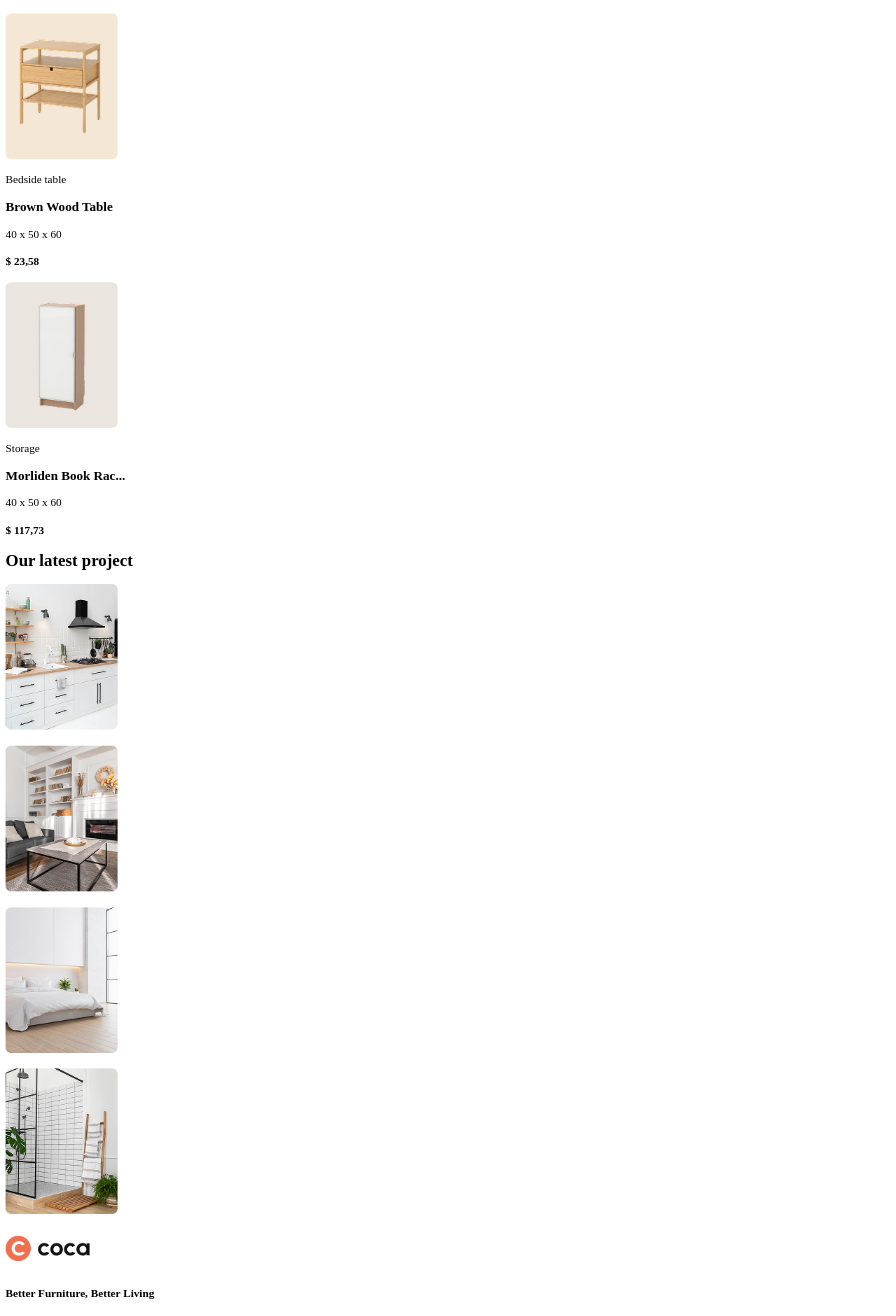
Repository: MatheusEich15/FrontEnd
Page: Prova 1 FrontEnd/Prova 1 FrontEnd/index.html
An editor plug-in stored every save of this project. The page is shown before and after the next save, followed by the edit.
The browser window is 1280 px wide. The pictures show the part of the page from y = 2745 to 4665 px (the page is 4625 px tall before and 4665 px after), at 70% of full size.

Above is the page before, as saved 2026-03-12 10:14:23.

### Prova 1 FrontEnd/Prova 1 FrontEnd/index.html
<!DOCTYPE html>

<html lang="en">

<head>
    <meta charset="UTF-8">
    <meta name="viewport" content="width=device-width, initial-scale=1.0">
    <title>Coca</title>
    <link rel="stylesheet" href="style.css">
    <!--  -->
</head>

<body>

    <header>

        <div id="links-header"> <!-- div para links do lado esquerdo -->
            <div id="logo-header"><img src="./assets/images/Logo images/Logo.png" alt="Logo"></div>
            <nav>
                <ul>
                    <li><a href="#"><span>About</span></a></li>
                    <li><a href="#">Blog</a></li>
                    <li><a href="#">Contact</a></li>
                </ul>
            </nav>
        </div>
        <div id="btn-header"> <!-- div para links do lado direito -->
            <a id="sign-in-btn" href="#">Sign In</a>
            <button><img src="./assets/icons/Menu.png" alt="Menu"></button>
        </div>

    </header>

    <main>

        <section id="introduction"> <!-- Introdução ao site -->
            <div id="introduction-content">
                <h3>Explore any kind of furnitures</h3>
                <h1>Better Furniture <br>
                    Better Living</h1>
                <div id="introduction-btn">
                    <a href="#">Check our projects</a>
                    <div id="right-arrow"><img src="./assets/icons/Short Right Arrow.png" alt="Seta"></div>
                </div>
            </div>
        </section>

        <section id="about"> <!-- Sobre o site -->
            <div class="title">
                <h2>What we provide</h2>
            </div>
            <div id="about-items"> <!-- Informações básicas -->
                <div class="about-item">
                    <img src="./assets/icons/Home.png" alt="Ícone de Home">
                    <h3>10 years of experience <br>
                        in furniture business</h3>
                    <p>We’re already established since 2012, and <br>
                        in 10 years we have lots of positive <br>
                        reviews and achievements</p>
                    <div>
                        <a href="#">See more</a>
                        <img src="./assets/icons/Normal Right Arrow.png" alt="Seta">
                    </div>
                </div>
                <div class="about-item">
                    <img src="./assets/icons/Credit Card.png" alt="Ícone de Cartão de Crédito">
                    <h3>Afforable price with <br>
                        world class quality</h3>
                    <p>Our craftsmen have lots of experience <br>
                        dealing with crafting furnitures and some <br>
                        of them have world class quality</p>
                    <div>
                        <a href="#">See more</a>
                        <img src="./assets/icons/Normal Right Arrow.png" alt="Seta">
                    </div>
                </div>
                <div class="about-item">
                    <img src="./assets/icons/Thumbs Up.png" alt="Ícone de Polegares Para Cima">
                    <h3>Bring your ideas into <br>
                        a living product</h3>
                    <p>Besides you can buy the existing product, <br>
                        you can also consultate with us also to <br>
                        make your dream furniture</p>
                    <div>
                        <a href="#">See more</a>
                        <img src="./assets/icons/Normal Right Arrow.png" alt="Seta">
                    </div>
                </div>
            </div>
        </section>

        <section id="products"> <!-- Produtos disponíveis -->
            <div class="title">
                <h2>Best seller products</h2>
                <div id="title-btn">
                    <img src="./assets/icons/Normal Left Arrow Sells.png" alt="Seta">
                    <img src="./assets/icons/Normal Right Arrow Sells.png" alt="Seta">
                </div>
            </div>
            <div id="products-items">
                <div class="product-item">
                    <img src="./assets/images/Products images/Cream Office Chair.png" alt="Cadeira de Escritório Cor Creme">
                    <p>Office chair</p>
                    <h3>Cream Office Chair</h3>
                    <p>40 x 50 x 60</p>
                    <h4>$ 50,00</h4>
                </div>
                <div class="product-item">
                    <img src="./assets/images/Products images/Celestra Grey Cabi.png" alt="Armário Pequeno Cor Cinza e Branco">
                    <p>Storage</p>
                    <h3>Celestra Grey Cabi...</h3>
                    <p>40 x 50 x 60</p>
                    <h4>$ 35,05</h4>
                </div>
                <div class="product-item">
                    <img src="./assets/images/Products images/Fejka Artificial Plant.png" alt="Planta Artificial em Vaso Cor Cinza">
                    <p>Decoration</p>
                    <h3>Fejka Artificial Plant</h3>
                    <p>40 x 50 x 60</p>
                    <h4>$ 5,00</h4>
                </div>
                <div class="product-item">
                    <img src="./assets/images/Products images/White Standing La.png" alt="Luminária Cor Branca">
                    <p>Lightings</p>
                    <h3>White Standing La...</h3>
                    <p>40 x 50 x 60</p>
                    <h4>$ 23,58</h4>
                </div>
                <div class="product-item">
                    <img src="./assets/images/Products images/Brown Wood Table.png" alt="Mesa de Madeira Cor Marrom">
                    <p>Bedside table</p>
                    <h3>Brown Wood Table</h3>
                    <p>40 x 50 x 60</p>
                    <h4>$ 23,58</h4>
                </div>
                <div class="product-item">
                    <img src="./assets/images/Products images/Morliden Book Rac.png" alt="Armário Médio Moderno Cor Branca">
                    <p>Storage</p>
                    <h3>Morliden Book Rac...</h3>
                    <p>40 x 50 x 60</p>
                    <h4>$ 117,73</h4>
                </div>
            </div>
        </section>

        <section id="projects">
            <div class="title">
                <h2><span>Our latest project</span></h2>
            </div>
            <div id="projects-items">
                <div class="project-item">
                    <img src="./assets/images/Projects images/Kitchen.png" alt="Demonstração de Cozinha">
                    <h3></h3>
                    <p></p>
                </div>
                <div class="project-item">
                    <img src="./assets/images/Projects images/Livingroom.png" alt="Demonstração de Sala de Estar">
                    <h3></h3>
                    <p></p>
                </div>
                <div class="project-item">
                    <img src="./assets/images/Projects images/Bedroom.png" alt="Demonstração de Quarto">
                    <h3></h3>
                    <p></p>
                </div>
                <div class="project-item">
                    <img src="./assets/images/Projects images/Bathroom.png" alt="Demonstração de Banheiro">
                    <h3></h3>
                    <p></p>
                </div>
            </div>
        </section>

        <section id="news">

        </section>

        <section id="testimonials">

        </section>

    </main>

    <footer>

        <div id="footer-top"> <!-- Parte superior à divisória do footer -->
            <div id="logo-footer"><img src="./assets/images/Logo images/Logo.png" alt="Logo"></div>
            <div><h4>Better Furniture, Better Living</h4></div>
            <div id="footer-contact">

            </div>
            <div id="footer-website">

            </div>
            <div id="footer-products">

            </div>
        </div>
        <div id="footer-bottom"> <!-- Parte inferior à divisória do footer -->
            <div id="copyrights">

            </div>
            <div id="footer-policy">

            </div>
            <div id="footer-media">

            </div>
        </div>

    </footer>

</body>

</html>

### Prova 1 FrontEnd/Prova 1 FrontEnd/style.css
@import url('https://fonts.googleapis.com/css2?family=Inter:ital,opsz,wght@0,14..32,100..900;1,14..32,100..900&family=Poppins:ital,wght@0,100;0,200;0,300;0,400;0,500;0,600;0,700;0,800;0,900;1,100;1,200;1,300;1,400;1,500;1,600;1,700;1,800;1,900&family=Raleway:ital,wght@0,100..900;1,100..900&display=swap');

After the next save:
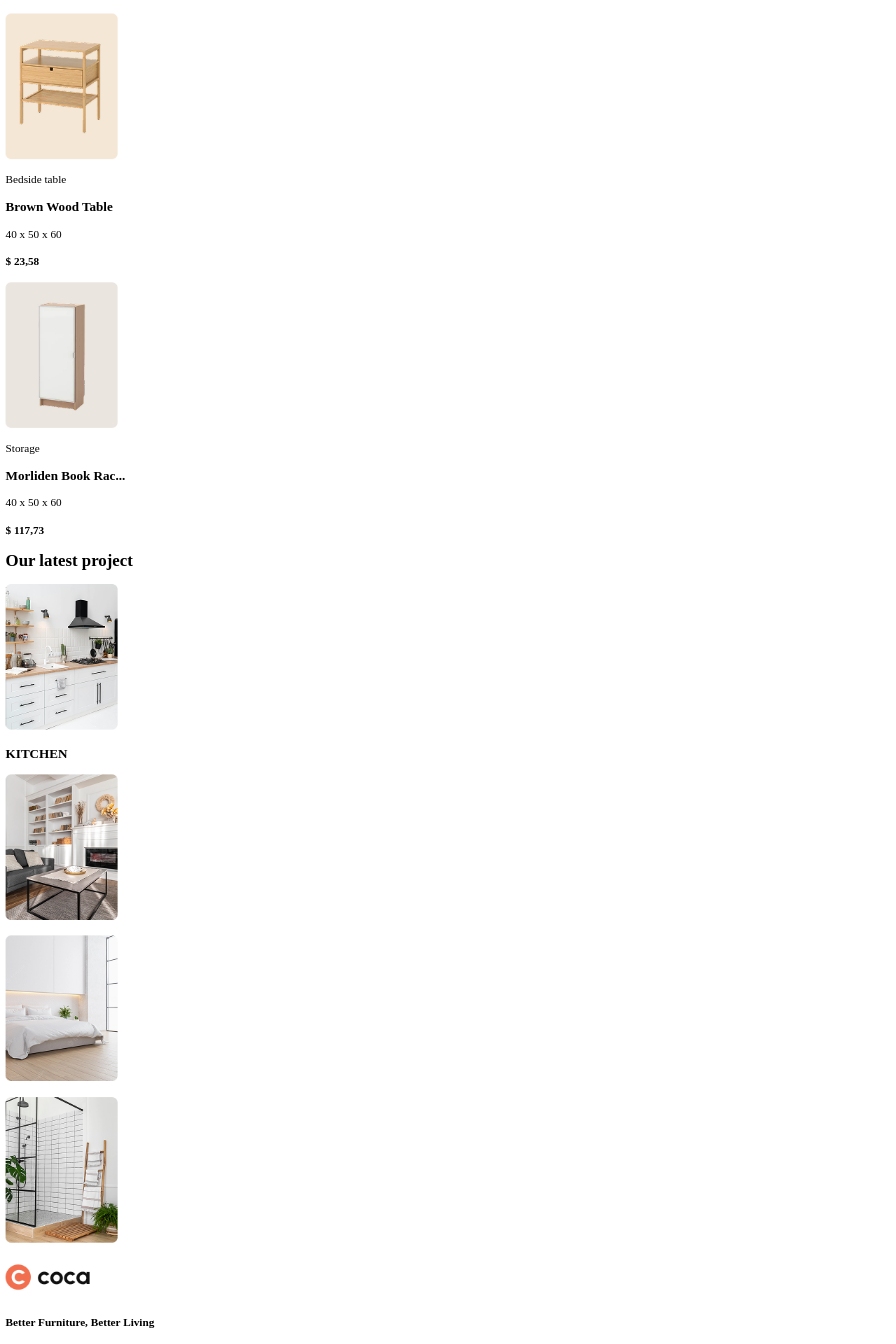
Saved 6 s later.
--- a/Prova 1 FrontEnd/Prova 1 FrontEnd/index.html
+++ b/Prova 1 FrontEnd/Prova 1 FrontEnd/index.html
@@ -150,7 +150,7 @@
             <div id="projects-items">
                 <div class="project-item">
                     <img src="./assets/images/Projects images/Kitchen.png" alt="Demonstração de Cozinha">
-                    <h3></h3>
+                    <h3>KITCHEN</h3>
                     <p></p>
                 </div>
                 <div class="project-item">
